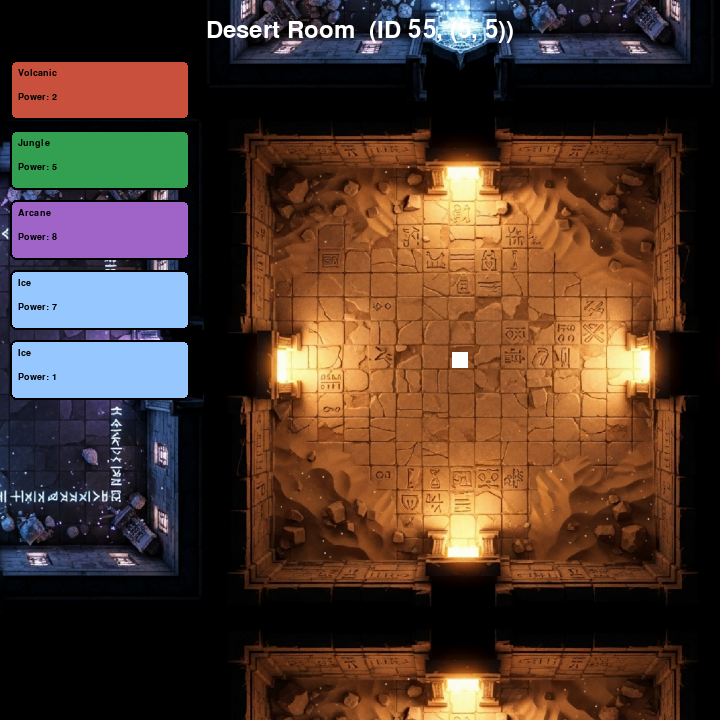
Repository: MehediMim/GateBound
Script's output: python main.py
An editor plug-in stored every save of this project. The script's output is shown before and after the next save, followed by the edit.
The window is shown after at most 60 frames with no key pressed. Random numbers start from a fixed seed. It also reads assets/bg_arcane.png, assets/bg_desert.png, assets/bg_ice.png, assets/bg_jungle.png, assets/bg_volcanic.png.

Above is the script's output before, as saved 2026-01-26 18:41:50.

### main.py
import pygame
import sys
import random

# =========================
# CONFIG
# =========================
SCREEN = 720
ROOM_ORIGINAL = 1024
ROOM_SCALE = 0.5
ROOM_DRAW = int(ROOM_ORIGINAL * ROOM_SCALE)  # 512
FPS = 60
PLAYER_SPEED = 5
DEBUG = False

GRID_W = 10
GRID_H = 10

# =========================
# CARD CONFIG
# =========================
CARD_TYPES = ["Jungle", "Desert", "Ice", "Volcanic", "Arcane"]
CARD_MIN_POWER = 1
CARD_MAX_POWER = 9
MAX_CARDS = 5



# =========================
# INIT
# =========================
pygame.init()
screen = pygame.display.set_mode((SCREEN, SCREEN))
pygame.display.set_caption("Tower Puzzle — Rooms (10x10)")
clock = pygame.time.Clock()
font = pygame.font.SysFont(None, 36)
map_font = pygame.font.SysFont(None, 14)

# =========================
# ROOM TYPES + BG
# =========================
ROOM_TYPES = ["Jungle", "Desert", "Ice", "Volcanic", "Arcane"]

BG_RAW = {
    "Jungle": pygame.image.load("assets/bg_jungle.png").convert(),
    "Desert": pygame.image.load("assets/bg_desert.png").convert(),
    "Ice": pygame.image.load("assets/bg_ice.png").convert(),
    "Volcanic": pygame.image.load("assets/bg_volcanic.png").convert(),
    "Arcane": pygame.image.load("assets/bg_arcane.png").convert(),
}

BG = {k: pygame.transform.smoothscale(v, (ROOM_DRAW, ROOM_DRAW)) for k, v in BG_RAW.items()}

# =========================
# LAYOUT
# =========================
SIDEBAR_W = 200
GAME_W = SCREEN - SIDEBAR_W
GAME_H = SCREEN

# =========================
# CENTER ROOM RECT (SCREEN SPACE)
# =========================
ROOM_RECT = pygame.Rect(
    SIDEBAR_W + (GAME_W - ROOM_DRAW) // 2,
    (GAME_H - ROOM_DRAW) // 2,
    ROOM_DRAW,
    ROOM_DRAW
)



# Door hitboxes around the center room (screen space)
DOORS = {
    "top":    pygame.Rect(ROOM_RECT.centerx - 56, ROOM_RECT.top - 112, 112, 112),
    "bottom": pygame.Rect(ROOM_RECT.centerx - 56, ROOM_RECT.bottom,     112, 112),
    "left":   pygame.Rect(ROOM_RECT.left - 112,   ROOM_RECT.centery - 56, 112, 112),
    "right":  pygame.Rect(ROOM_RECT.right,        ROOM_RECT.centery - 56, 112, 112),
}

# Allow player to reach doors
WALK_RECT = ROOM_RECT.copy()
for r in DOORS.values():
    WALK_RECT.union_ip(r)


SPAWN = ROOM_RECT.center

# =========================
# FIXED 10x10 WORLD (PERSISTENT)
# =========================
rooms = {}

def room_id(x, y):
    return y * GRID_W + x

def id_to_xy(rid):
    return (rid % GRID_W, rid // GRID_W)

def create_world():
    for y in range(GRID_H):
        for x in range(GRID_W):
            rid = room_id(x, y)

            links = {}
            if y > 0:              links["top"] = room_id(x, y - 1)
            if y < GRID_H - 1:     links["bottom"] = room_id(x, y + 1)
            if x > 0:              links["left"] = room_id(x - 1, y)
            if x < GRID_W - 1:     links["right"] = room_id(x + 1, y)

            rooms[rid] = {
                "id": rid,
                "pos": (x, y),
                "type": random.choice(ROOM_TYPES),  # random ONCE
                "links": links
            }

create_world()
current = room_id(GRID_W // 2, GRID_H // 2)

# =========================
# PLAYER
# =========================
player = pygame.Rect(0, 0, 16, 16)
player.center = SPAWN




# =========================
# CARDS
# =========================
cards = []

def create_random_card():
    return {
        "type": random.choice(CARD_TYPES),
        "power": random.randint(CARD_MIN_POWER, CARD_MAX_POWER)
    }

def init_cards():
    cards.clear()
    for _ in range(MAX_CARDS):
        cards.append(create_random_card())



def print_cards():
    print("---- CARDS ----")
    for i, c in enumerate(cards):
        print(f"{i}: {c['type']} ({c['power']})")
    print("---------------")

init_cards()
print_cards()
print("CARDS AT START:", cards)




# =========================
# MOVEMENT + ROOM CHANGE
# =========================
def move(dx, dy):
    player.x += dx
    player.y += dy
    player.clamp_ip(WALK_RECT)

def print_room_list():
    print("====== ROOM LIST (10x10) ======")
    for rid in range(GRID_W * GRID_H):
        print(f"Room {rid:02d} @ {rooms[rid]['pos']}: {rooms[rid]['type']}")
    print("===============================")

def change_room(direction):
    global current
    if direction in rooms[current]["links"]:
        current = rooms[current]["links"][direction]
        player.center = SPAWN

        r = rooms[current]
        print("---- ROOM CHANGE ----")
        print("Current:", current, "Grid:", r["pos"], "Type:", r["type"])
        for k in ("top", "left", "right", "bottom"):
            print(f"  {k} ->", r["links"].get(k))
        print("---------------------")

def handle_doors():
    for direction, rect in DOORS.items():
        if player.colliderect(rect):
            change_room(direction)
            break

# =========================
# DEBUG DRAW
# =========================
def draw_debug():
    pygame.draw.rect(screen, (0, 255, 0), ROOM_RECT, 2)
    pygame.draw.rect(screen, (255, 255, 0), WALK_RECT, 2)
    for name, r in DOORS.items():
        pygame.draw.rect(screen, (255, 0, 0), r, 2)
        t = map_font.render(name, True, (255, 0, 0))
        screen.blit(t, (r.x + 5, r.y + 5))
    pygame.draw.rect(screen, (0, 150, 255), player, 2)

def draw_debug_info():
    y = 60
    line_h = 20
    room = rooms[current]

    def line(text):
        nonlocal y
        screen.blit(font.render(text, True, (255, 255, 0)), (10, y))
        y += line_h

    line(f"Room ID: {current}  Grid: {room['pos']}  Type: {room['type']}")
    line(f"Top: {room['links'].get('top')}")
    line(f"Left: {room['links'].get('left')}")
    line(f"Right: {room['links'].get('right')}")
    line(f"Bottom: {room['links'].get('bottom')}")

# =========================
# MINIMAP (CROSS: MAX 5 EACH SIDE)
# =========================
def draw_minimap():
    panel_size = 200
    panel_x = 10
    panel_y = SCREEN - panel_size - 10


    node = 16
    gap = 4
    step = node + gap

    center_x = panel_x + panel_size // 2 - node // 2
    center_y = panel_y + panel_size // 2 - node // 2

    pygame.draw.rect(screen, (20, 20, 20), (panel_x, panel_y, panel_size, panel_size))
    pygame.draw.rect(screen, (200, 200, 200), (panel_x, panel_y, panel_size, panel_size), 2)

    # center
    pygame.draw.rect(screen, (0, 200, 255), (center_x, center_y, node, node))
    screen.blit(map_font.render(str(current), True, (0, 0, 0)), (center_x + 3, center_y + 2))

    for d, (dx, dy) in {
        "top": (0, -1),
        "bottom": (0, 1),
        "left": (-1, 0),
        "right": (1, 0),
    }.items():
        rid = current
        cx, cy = center_x, center_y

        for _ in range(5):
            nxt = rooms[rid]["links"].get(d)
            if nxt is None:
                break

            cx += dx * step
            cy += dy * step

            pygame.draw.line(
                screen, (120, 120, 120),
                (cx + node // 2 - dx * step, cy + node // 2 - dy * step),
                (cx + node // 2, cy + node // 2),
                2
            )

            pygame.draw.rect(screen, (170, 170, 170), (cx, cy, node, node))
            screen.blit(map_font.render(str(nxt), True, (0, 0, 0)), (cx + 3, cy + 2))

            rid = nxt
def draw_cards():
    x = 10
    y = 60
    w = SIDEBAR_W - 20
    h = 60
    gap = 10

    for i, c in enumerate(cards):
        color = {
            "Jungle": (50, 160, 80),
            "Desert": (200, 180, 80),
            "Ice": (150, 200, 255),
            "Volcanic": (200, 80, 60),
            "Arcane": (160, 100, 200)
        }[c["type"]]

        rect = pygame.Rect(x, y + i * (h + gap), w, h)

        pygame.draw.rect(screen, color, rect, border_radius=6)
        pygame.draw.rect(screen, (0, 0, 0), rect, 2, border_radius=6)

        t1 = map_font.render(c["type"], True, (0, 0, 0))
        t2 = map_font.render(f"Power: {c['power']}", True, (0, 0, 0))

        screen.blit(t1, (rect.x + 8, rect.y + 8))
        screen.blit(t2, (rect.x + 8, rect.y + 32))


# =========================
# LOOP
# =========================
while True:
    clock.tick(FPS)

    for e in pygame.event.get():
        if e.type == pygame.QUIT:
            pygame.quit()
            sys.exit()
        if e.type == pygame.KEYDOWN:
            if e.key == pygame.K_p:   # print whole list on demand
                print_room_list()

    k = pygame.key.get_pressed()
    dx = dy = 0
    if k[pygame.K_a] or k[pygame.K_LEFT]:
        dx -= PLAYER_SPEED
    if k[pygame.K_d] or k[pygame.K_RIGHT]:
        dx += PLAYER_SPEED
    if k[pygame.K_w] or k[pygame.K_UP]:
        dy -= PLAYER_SPEED
    if k[pygame.K_s] or k[pygame.K_DOWN]:
        dy += PLAYER_SPEED

    move(dx, dy)
    handle_doors()

    screen.fill((0, 0, 0))   # ✅ ONLY ONCE, FIRST


    # Sidebar background
    pygame.draw.rect(screen, (15, 15, 15), (0, 0, SIDEBAR_W, SCREEN))
    pygame.draw.rect(screen, (180, 180, 180), (0, 0, SIDEBAR_W, SCREEN), 2)

    # Game box background
    pygame.draw.rect(
        screen,
        (30, 30, 30),
        (SIDEBAR_W, 0, GAME_W, GAME_H)
    )
    pygame.draw.rect(
        screen,
        (180, 180, 180),
        (SIDEBAR_W, 0, GAME_W, GAME_H),
        2
    )


    # =====================
    # DRAW (HALF PREVIEWS)
    # =====================
    screen.fill((0, 0, 0))

    room = rooms[current]
    cx, cy = ROOM_RECT.topleft
    w = h = ROOM_DRAW
    half = w // 2

    # Center room (full)
    screen.blit(BG[room["type"]], (cx, cy))

    # Top room (show bottom half)
    top_id = room["links"].get("top")
    if top_id is not None:
        top_room = rooms[top_id]
        top_img = BG[top_room["type"]].subsurface(pygame.Rect(0, half, w, half))
        screen.blit(top_img, (cx, cy - half))

    # Bottom room (show top half)
    bottom_id = room["links"].get("bottom")
    if bottom_id is not None:
        bottom_room = rooms[bottom_id]
        bottom_img = BG[bottom_room["type"]].subsurface(pygame.Rect(0, 0, w, half))
        screen.blit(bottom_img, (cx, cy + w))

    # Left room (show right half)
    left_id = room["links"].get("left")
    if left_id is not None:
        left_room = rooms[left_id]
        left_img = BG[left_room["type"]].subsurface(pygame.Rect(half, 0, half, h))
        screen.blit(left_img, (cx - half, cy))

    # Right room (show left half)
    right_id = room["links"].get("right")
    if right_id is not None:
        right_room = rooms[right_id]
        right_img = BG[right_room["type"]].subsurface(pygame.Rect(0, 0, half, h))
        screen.blit(right_img, (cx + w, cy))

    # Player
    pygame.draw.rect(screen, (255, 255, 255), player)

    # Label
    label = font.render(f"{room['type']} Room  (ID {current}, {room['pos']})", True, (255, 255, 255))
    screen.blit(label, (SCREEN // 2 - label.get_width() // 2, 18))

    if DEBUG:
        draw_debug()
        draw_debug_info()
        draw_minimap()

    draw_cards()

    pygame.display.flip()

After the next save:
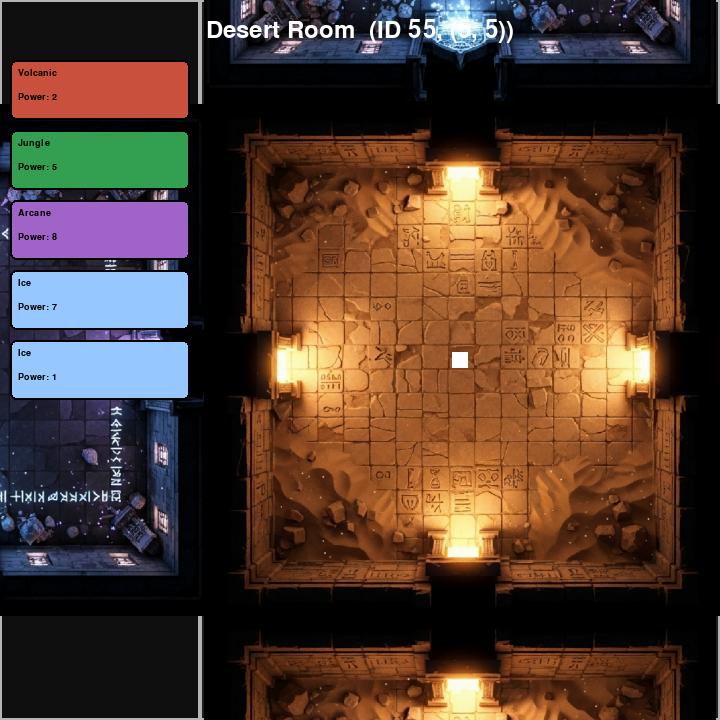
Saved 14 s later.
--- a/main.py
+++ b/main.py
@@ -350,7 +350,7 @@ while True:
     # =====================
     # DRAW (HALF PREVIEWS)
     # =====================
-    screen.fill((0, 0, 0))
+
 
     room = rooms[current]
     cx, cy = ROOM_RECT.topleft
